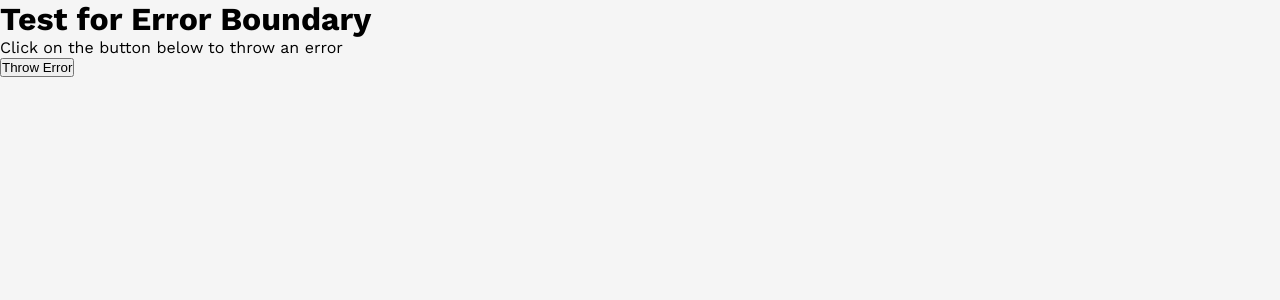
Repository: blessingpeters/myGithub
Page: /errortestpage
The author's editor kept a copy of each file at every save. The page is drawn from the files as they stood at one save, then again after the next save.
The browser window is 1280 px wide. The pictures show the whole page.
The project was rebuilt for these pictures with package versions that can differ from the ones it lists, and the page was loaded fresh each time. Also part of the build but not shown: src/components/Pagination.jsx, src/components/Repos.jsx, src/components/GithubProfile.jsx, src/components/Nav.jsx, src/pages/Home.jsx, src/pages/RepoPage.jsx, src/pages/NotFound.jsx.

Above is the page before, as saved 2022-11-02 18:31:38.

After the next save:
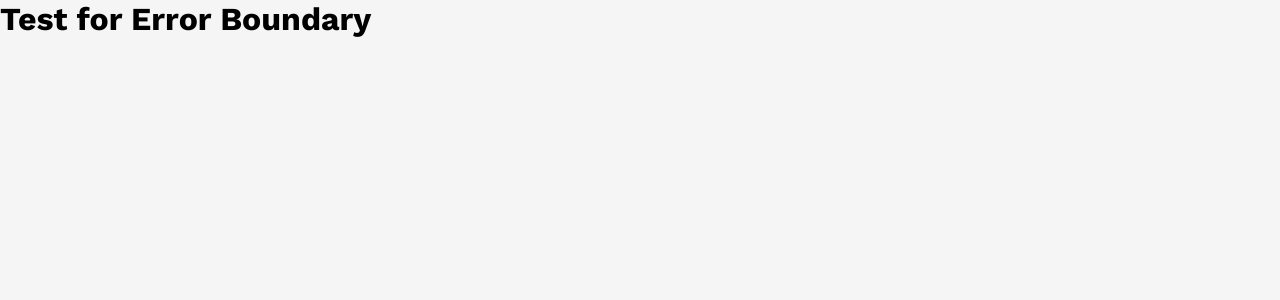
Saved 21 min 52 s later.
--- a/src/pages/ErrorTestPage.jsx
+++ b/src/pages/ErrorTestPage.jsx
@@ -17,8 +17,6 @@ function ErrorTest (){
             <div>
                 <h1>Test for Error Boundary</h1>
 
-                <p>Click on the button below to throw an error</p>
-                <button onClick={() => { throw new Error('Error thrown from the button') }}>Throw Error</button>
             </div>
         </ErrorBoundary>
     )
